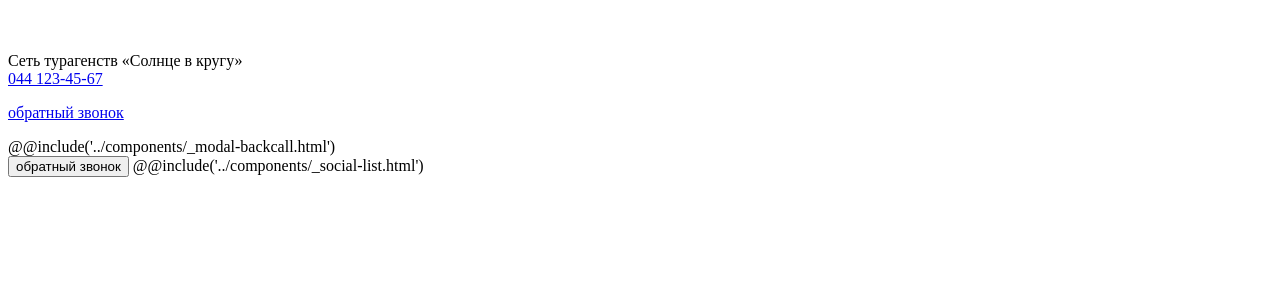
Repository: chekhunov/suntour
Page: app/html/components/_header.html
An editor plug-in stored every save of this project. The page is shown before and after the next save, followed by the edit.
The browser window is 1280 px wide. The pictures show the whole page.

Above is the page before, as saved 2021-03-15 16:13:45.

After the next save:
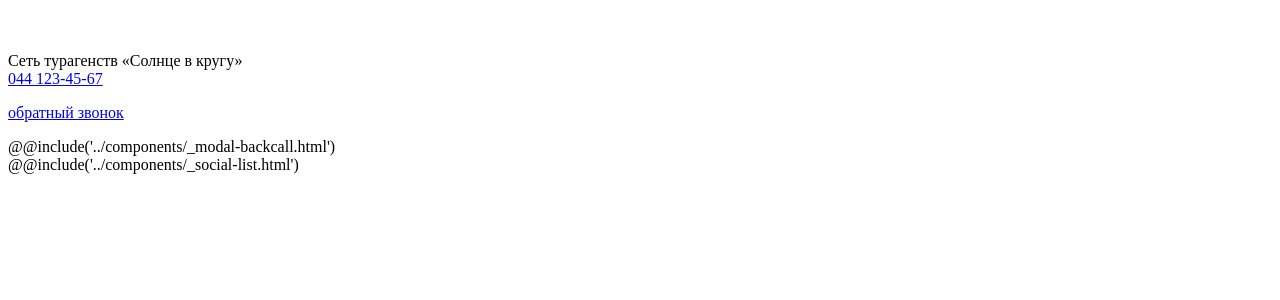
Saved 58 s later.
--- a/app/html/components/_header.html
+++ b/app/html/components/_header.html
@@ -40,9 +40,9 @@
 
         </div>
 
-        <button class="header__btn">
+        <!-- <button class="header__btn">
           обратный звонок
-        </button>
+        </button> -->
 
         @@include('../components/_social-list.html')
 
